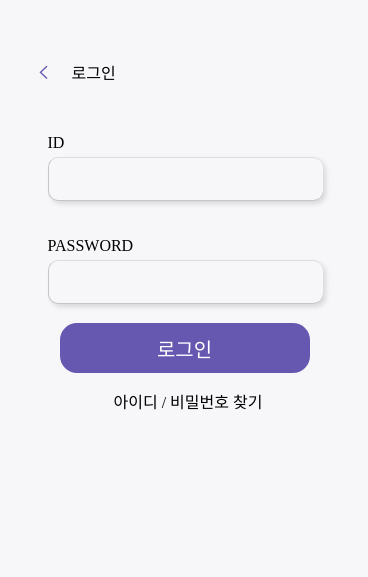
Repository: PEPI-dev/UI
Page: login/login.html
These files come from the project's save history. The page is drawn as it stood at one moment and after a run of saves; the edit follows.
The browser window is 360 px wide. The page is 368 px wide, so the pictures cover 368 px, including what lies to the right of the window. The pictures show the whole page.
Some web fonts or font styles are not loaded; a fallback is used.

Above is the page before, as saved 2023-12-04 17:02:50.

### login/login.html
<!DOCTYPE html>
<html lang="en">
<head>
    <meta charset="UTF-8">
    <meta name="viewport" content="width=device-width, initial-scale=1.0">
    <title>Login</title>
    <link rel="stylesheet" href="./login.css">
    <link rel ="stylesheet" type="text/css" href="../a_XEIcon-2.2.0/xeicon.min.css">
</head>
<body>

    </div>
    <form action="#">
        <div id="div_back"><i class="xi-angle-left" id="back"></i><p id="txt_login">로그인</p></div>
        <p class="input_form"><label for="ID" class="txt_input">ID</label><input class="field" id="ID"></input></p>
        <p class="input_form"><label for="password" class="txt_input">PASSWORD</label><input class="field" id="password" type="password" ></input></p>
        <button id="login">로그인</button>
        <p class="find_id">아이디 / 비밀번호 찾기</p>
    </form>

</body>
</html>

### login/login.css
@font-face {
    font-family: 'main_font';
    src: url(../a_font/NotoSansKR-VariableFont_wght.ttf);
    font-weight: 500;
}

@font-face {
    font-family: 'sub_font';
    src: url(../a_font/SEBANG/SEBANG\ Gothic.ttf);
}

body{
    width: 100%;
    background-color: #F7F7F9;
    display: flex;
    flex-direction: column;
    align-items: center;
}

.xi-angle-left{
    color: #6658B1;
}

#text_login {
    font-family: 'main_font';
}


#logo{
    font-family: 'main_font';
}

#login-header {
    display: flex;
    align-items: center;
}

#div_back {
    display: flex;
    align-items: center;
    margin-bottom: 10px;
}

#back {
    border: none;
    background: none;
    cursor: pointer;
    display: flex;
    align-items: center;
    margin-right: 20px;
}

#back img {
    width: 24px;
    height: 24px;
    margin-right: 5px;
}

.input_form {
    display: flex;
    flex-direction: column;
    align-items: flex-start;

}

#login{
    background-color: #6658B1;
    color: white;
    border: 1px solid #E1E1E1;
    font-family: 'main_font';
    font-size: 20px;
    font-weight: 500;
    border-radius: 17px;
    border: 0px;
    width: 277px;
    height: 50px;
}

.field {
    width: 270px;
    height: 40px;
    border-radius: 10px;
    box-shadow: 3px 3px 5px rgba(0, 0, 0, 0.12);
    background-color: #F7F7F9;
    border-width: 0;
    outline: none;
    border: none;
    border-top: 0.2px solid rgba(0, 0, 0, 0.1);
    border-left: 0.5px solid rgba(0, 0, 0, 0.2);
    border-bottom: 0.5px solid rgba(0, 0, 0, 0.2);
}

@media screen and (max-width: 360px) {
    body {
        height: auto;
    }

    #text_login {
        margin-left: 10px;
    }

    #div_back{
        padding: 1px;
        margin-top: 35px;

    }

    .input_form {
        display: flex;
        flex-direction: column;
        align-items: flex-start;
        padding: 3px;
        margin-top: 30px;
        margin-left: 10px;
        width: 291px;
    }

    #login{
        width: 250px;
        height: 50px;
        margin-left: 25px;
    }

    .txt_input {
        margin-bottom: 5px;
    }

    .find_id{
        font-family: 'main_font';
        margin-left: 79px;
    }
}

Loaded but not shown: a_XEIcon-2.2.0/xeicon.min.css (library)

After the next 3 saves:
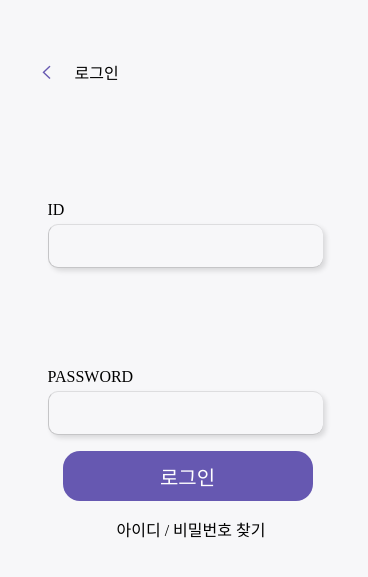
The 3 saves are shown as one change because they came seconds apart.
The last was saved 32 s later.
--- a/login/login.css
+++ b/login/login.css
@@ -109,8 +109,7 @@ body{
         display: flex;
         flex-direction: column;
         align-items: flex-start;
-        padding: 3px;
-        margin-top: 30px;
+        margin-top: 100px;
         margin-left: 10px;
         width: 291px;
     }
